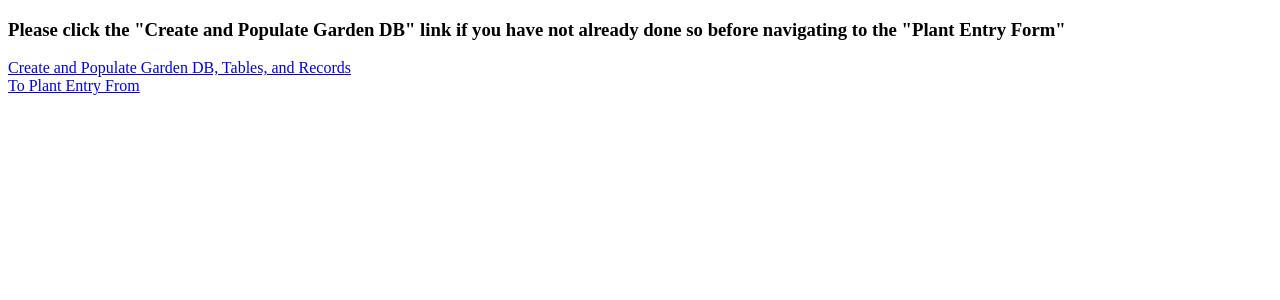
Repository: bkyncl/csd-430
Page: http://localhost/kyncl_08/
The author's editor kept a copy of each file at every save. The page is drawn from the files as they stood at one save, then again after the next save.
The browser window is 1280 px wide. The pictures show the whole page.
The page is served by Tomcat 9. Other server files are loaded and not shown.

Above is the page before, as saved 2023-07-04 09:58:58.

### kyncl_08/src/main/webapp/index.jsp
<%@ page language="java" contentType="text/html; charset=ISO-8859-1"
    pageEncoding="ISO-8859-1"%>
<!DOCTYPE html>
<html>
<head>
<meta charset="ISO-8859-1">
<title>Garden Database Index</title>
</head>
<body>
	<h3>Please click the "Create and Populate Garden DB" link if you have not already done so before navigating to the "Plant Entry Form"</h3>
	<a href="<%=request.getContextPath()%>/plants?action=CreateAndPop">Create and Populate Garden DB, Tables, and Records</a>
	<br>
	<a href="/kyncl_08/form.jsp">To Plant Entry From</a>
</body>
</html>

After the next save:
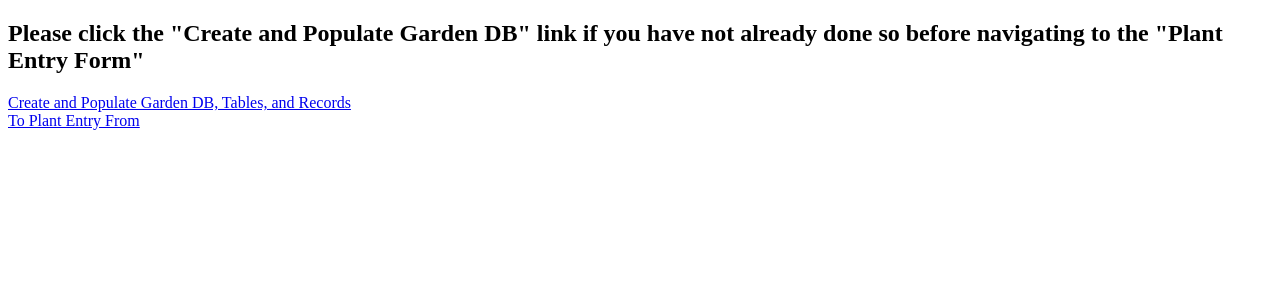
Saved 23 s later.
--- a/kyncl_08/src/main/webapp/index.jsp
+++ b/kyncl_08/src/main/webapp/index.jsp
@@ -7,7 +7,7 @@
 <title>Garden Database Index</title>
 </head>
 <body>
-	<h3>Please click the "Create and Populate Garden DB" link if you have not already done so before navigating to the "Plant Entry Form"</h3>
+	<h2>Please click the "Create and Populate Garden DB" link if you have not already done so before navigating to the "Plant Entry Form"</h2>
 	<a href="<%=request.getContextPath()%>/plants?action=CreateAndPop">Create and Populate Garden DB, Tables, and Records</a>
 	<br>
 	<a href="/kyncl_08/form.jsp">To Plant Entry From</a>
